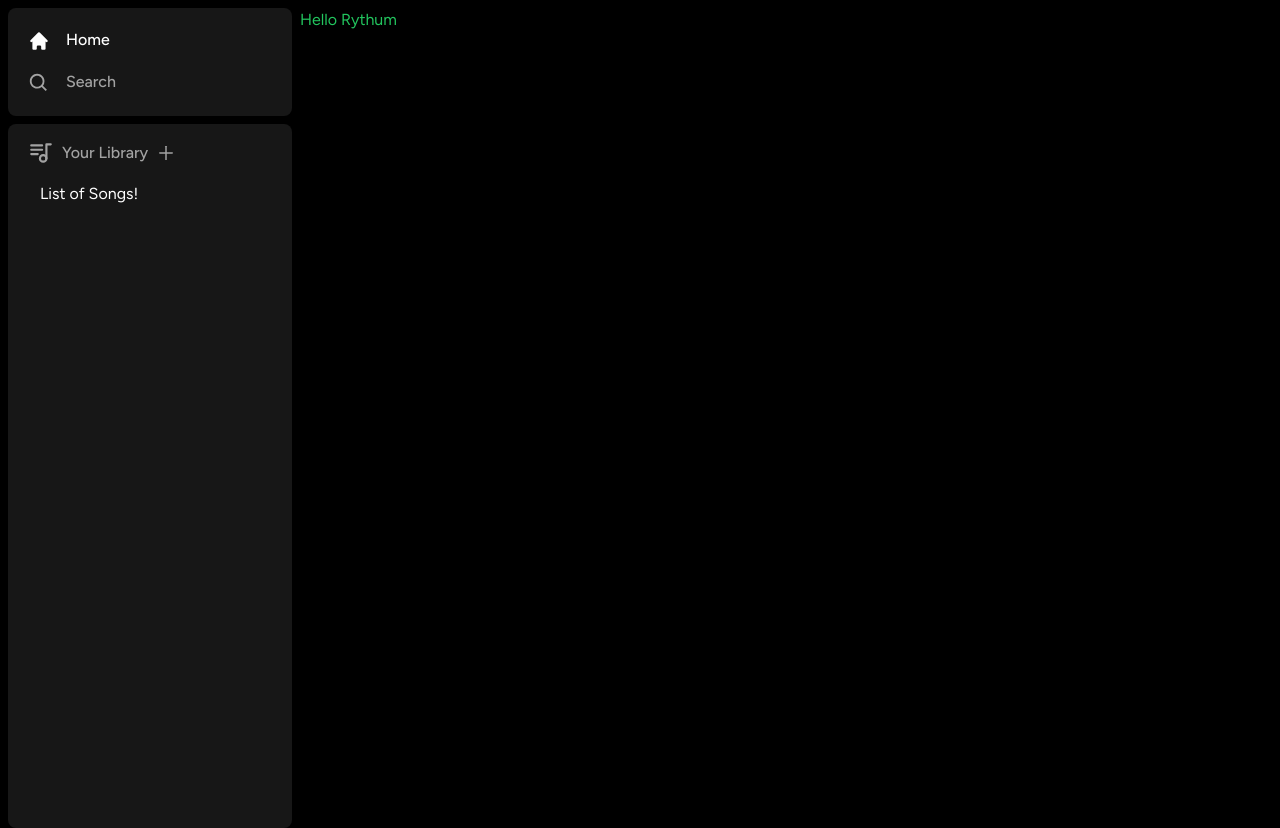
Repository: syni18/Rythum
Page: /
These files come from the project's save history. The page is drawn as it stood at one moment and after the next save; the edit follows.
The browser window is 1280 px wide. The pictures show the whole page.
The project was rebuilt for these pictures with package versions that can differ from the ones it lists, and the page was loaded fresh each time. The framework's server and built-in components were replaced by stand-ins that run in the browser. Also part of the build but not shown: next.config.js.

Above is the page before, as saved 2023-11-11 16:57:19.

After the next save:
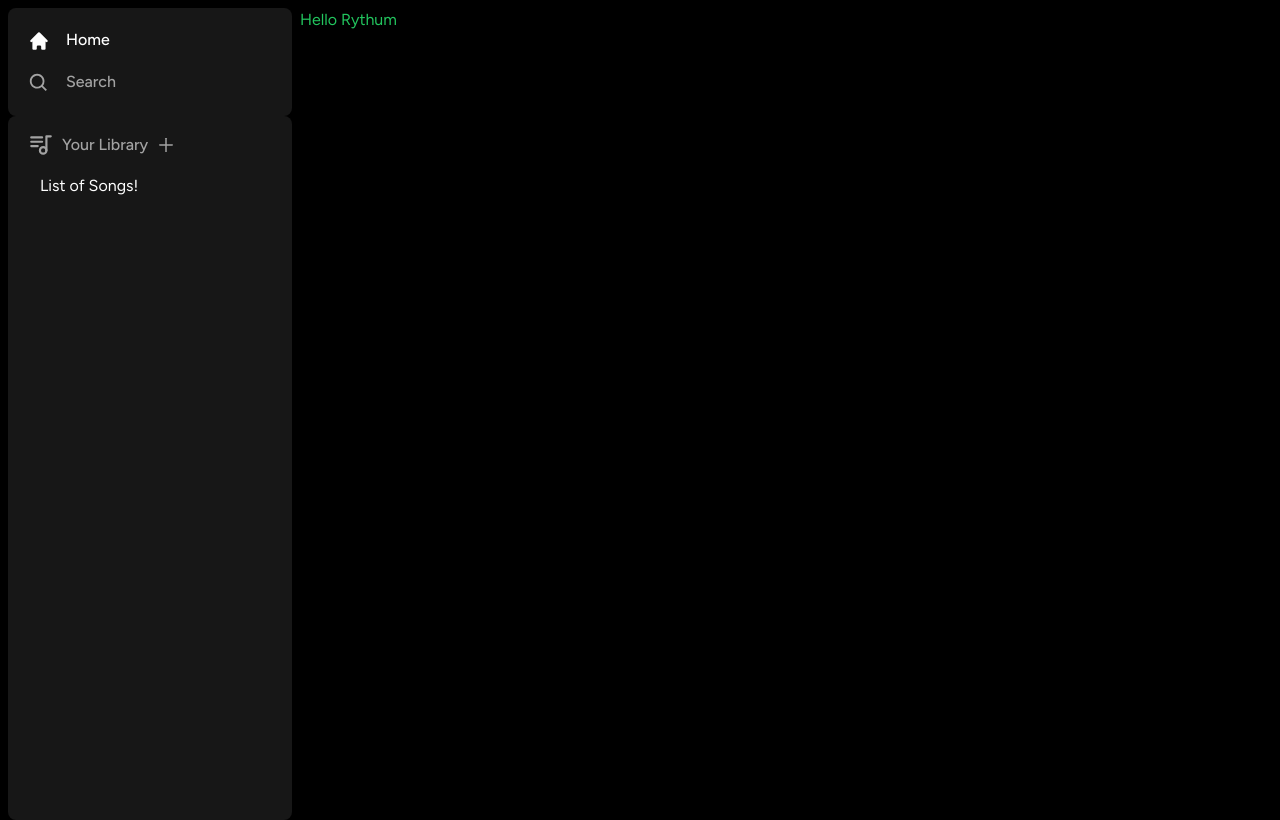
Saved 21 s later.
--- a/components/Sidebar.tsx
+++ b/components/Sidebar.tsx
@@ -40,7 +40,7 @@ const Sidebar: React.FC<SidebarProps> = ({
                         <SidebarItem key={item.label} {...item}/>
                     ))}
                 </Box>
-                <Box className='overflow-y-auto mt-2 h-full'>
+                <Box className='overflow-y-auto h-full'>
                     <Library/>
                 </Box>
             </div>
